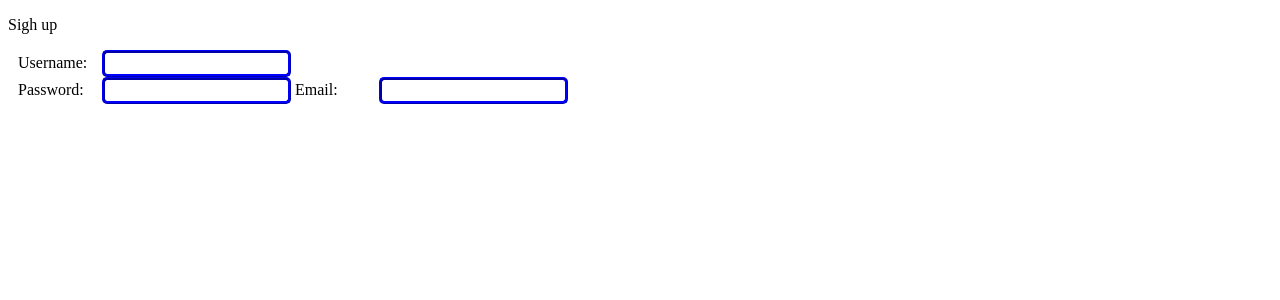
Repository: GreenKnight15/final4382
Page: public/views/signup.html
The author's editor kept a record of every edit. The page is drawn from the files as they stood at one moment, then again after the next edit.
The browser window is 1280 px wide. The pictures show the whole page.

Above is the page before.

After the next edit:
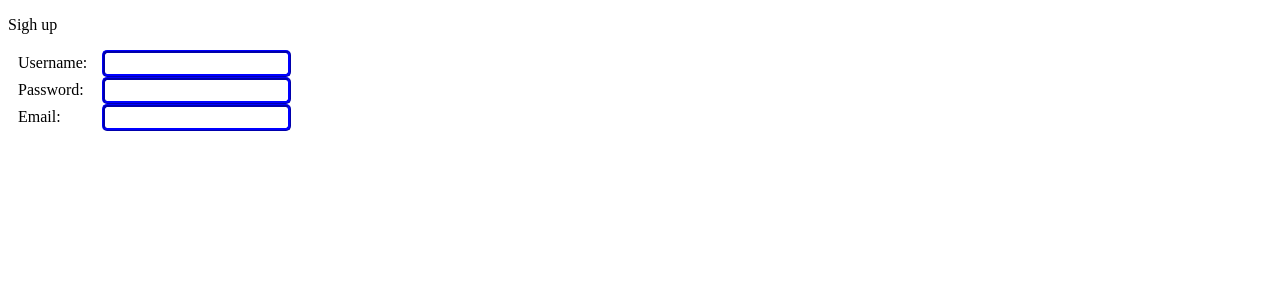
The edit:
--- a/public/views/signup.html
+++ b/public/views/signup.html
@@ -11,7 +11,7 @@
                 <label>Username:</label>
                     <input type="text" name="username"/></br>
                 <label>Password:</label>
-                    <input type="text" name="password"/>
+                    <input type="text" name="password"/></br>
                 <label>Email:</label>
                     <input type="text" name="email"/>
             </form>
